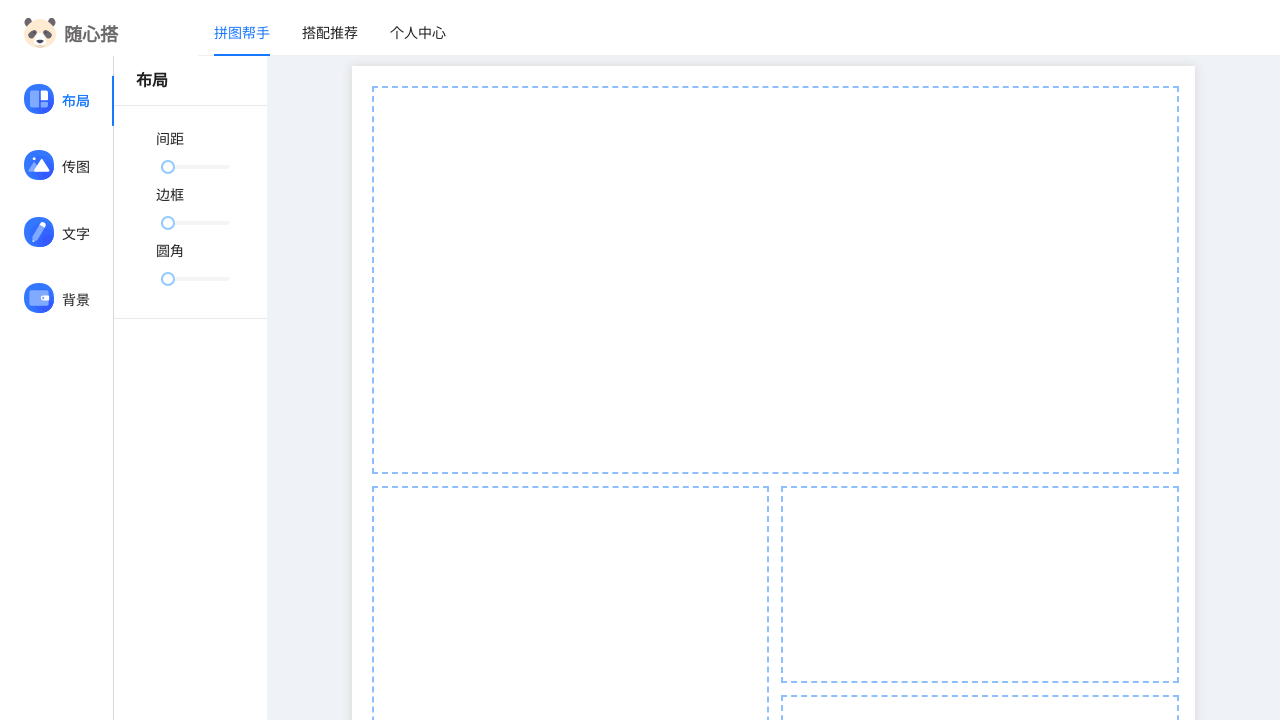
Repository: zzq1101921989/low-code
Page: /
The author's editor kept a copy of each file at every save. The page is drawn from the files as they stood at one save, then again after the next save.
The browser window is 1280 px wide. The pictures show the whole page.
The project was rebuilt for these pictures with package versions that can differ from the ones it lists, and the page was loaded fresh each time. Also part of the build but not shown: vite.config.ts, src/pages/admin/index.tsx, src/components/icon/ClothesIcon.tsx, src/components/icon/HairIcon.tsx, src/components/icon/PantsIcon.tsx, src/components/icon/ShoeIcon.tsx, src/pages/recommend/index.tsx.

Above is the page before, as saved 2023-05-08 22:00:51.

After the next save:
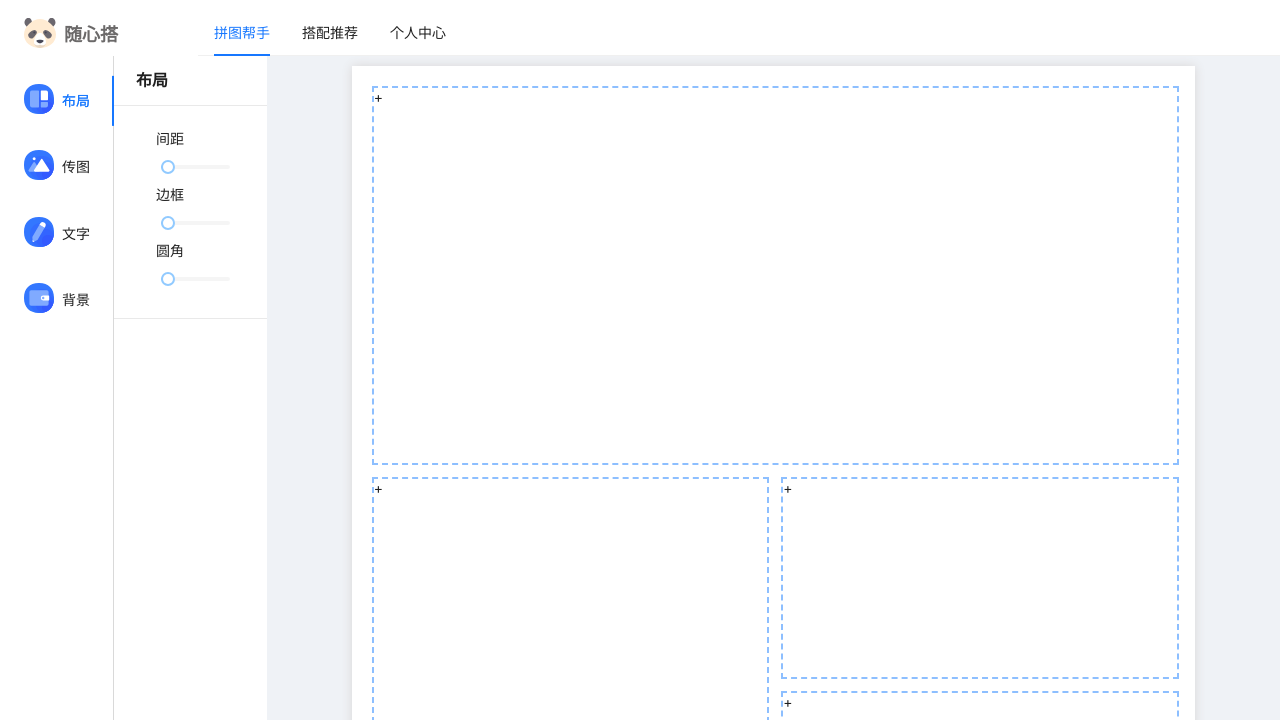
Saved 7 min 47 s later.
--- a/src/pages/home/components/ItemBox/index.tsx
+++ b/src/pages/home/components/ItemBox/index.tsx
@@ -29,6 +29,7 @@ const ItemBox: FC<ItemBoxProps> = (props) => {
           </g>
         </svg>
       </span>
+      <span className={styles.add}>+</span>
     </div>
   );
 };
--- a/src/pages/home/components/ItemBox/index.module.less
+++ b/src/pages/home/components/ItemBox/index.module.less
@@ -11,6 +11,12 @@
         right: 10px;
         top: 10px;
     }
+    .add {
+        width: 16px;
+        text-align: center;
+        line-height: 16px;
+        margin: auto;
+    }
     &:hover {
         border: 2px solid #2354f4;
         .close {
